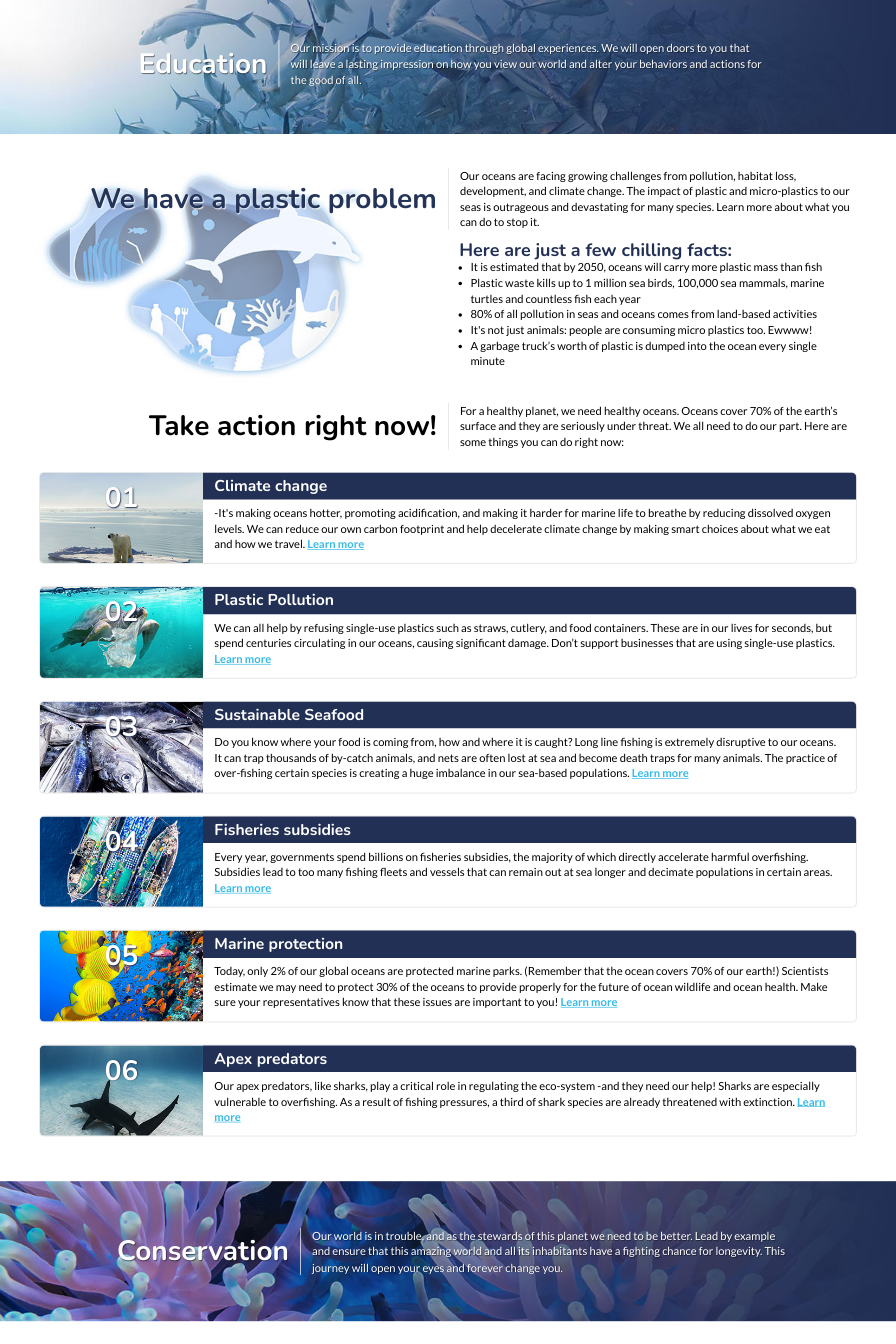
Repository: mariocapitbrok/css-combining-grid-and-flexbox-ch04
Page: 04_12/04_12_start.html
An editor plug-in stored every save of this project. The page is shown before and after the next save, followed by the edit.
The browser window is 1280 px wide. The pictures show the part of the page from y = 2508 to 4428 px (the page is 4428 px tall before and 4251 px after), at 70% of full size.

Above is the page before, as saved 2022-10-10 20:49:12.

After the next save:
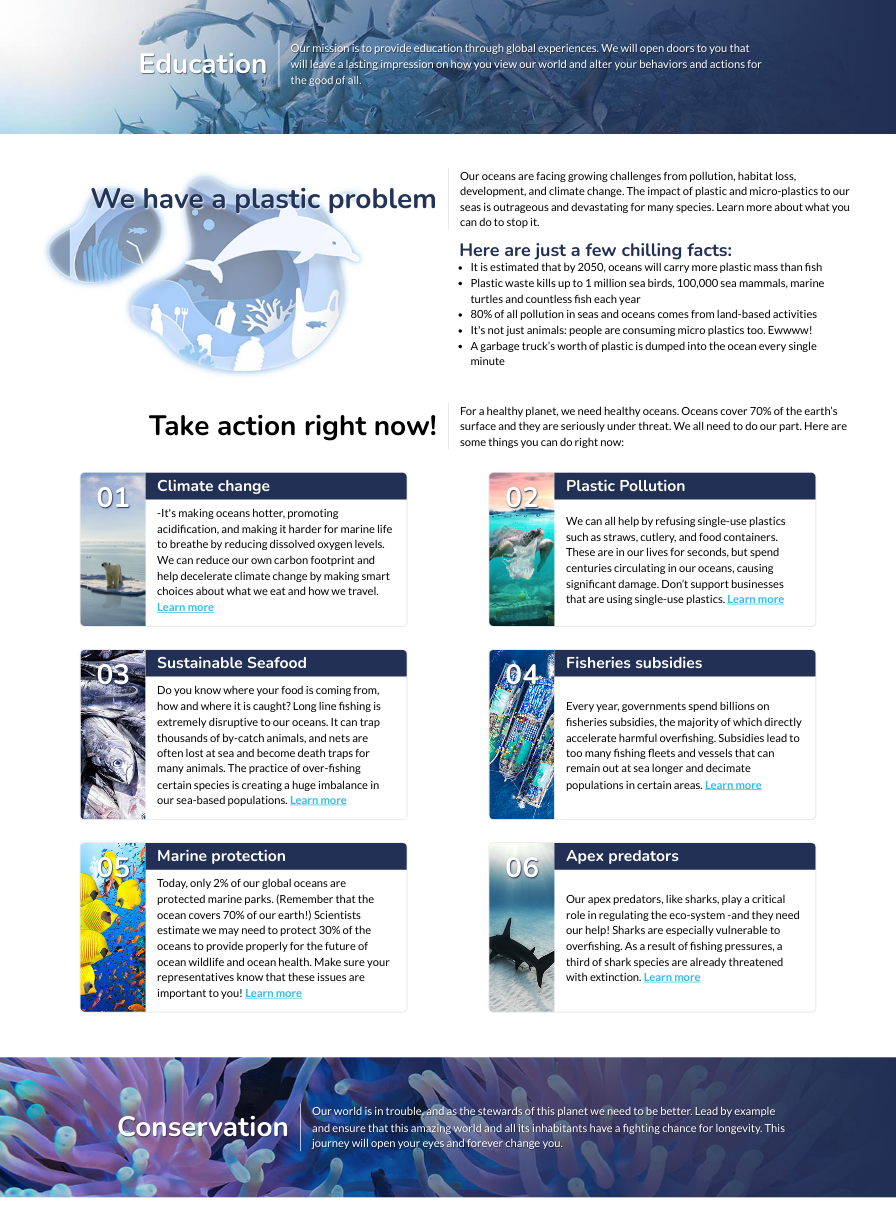
Saved 70 s later.
--- a/04_12/styles/base.css
+++ b/04_12/styles/base.css
@@ -760,6 +760,7 @@ section.problem {
   }
 
   .action ul li {
+    flex-basis: 40%;
   }
 
 }
